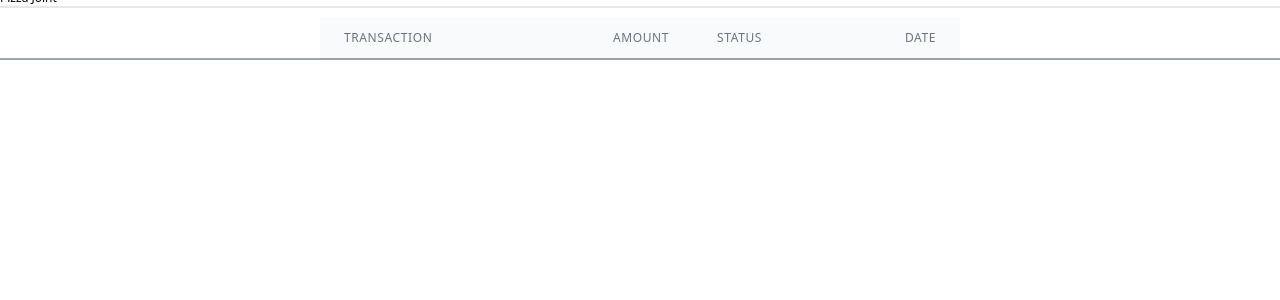
Repository: Marlstergo/listings
Page: / (app in client/)
An editor plug-in stored every save of this project. The page is shown before and after the next save, followed by the edit.
The browser window is 1280 px wide. The pictures show the whole page.
The project was rebuilt for these pictures with package versions that can differ from the ones it lists, and the page was loaded fresh each time. Also part of the build but not shown: client/craco.config.js, client/src/components/Loader.js, client/src/components/Order.js, client/src/components/Modal.js. Imported but missing from the stored project, and not drawn on this page: client/src/components/Base, client/src/components/Toppings.

Above is the page before, as saved 2021-07-20 21:45:56.

### client/src/index.js
/* eslint-disable no-unused-vars */
import React from "react";
import ReactDOM from "react-dom";
import "./index.css";
import App from "./App";
import reportWebVitals from "./reportWebVitals";
import { BrowserRouter } from "react-router-dom";
import { Provider } from "react-redux";
import { store } from "./redux/store";
import { PersistGate } from "redux-persist/integration/react";
import { persistor } from "./redux/store";

ReactDOM.render(
  <React.StrictMode>
    <Provider store={store}>
      <BrowserRouter>
        <PersistGate persistor={persistor}>
          <App />
        </PersistGate>
      </BrowserRouter>
    </Provider>
  </React.StrictMode>,
  document.getElementById("root")
);

// If you want to start measuring performance in your app, pass a function
// to log results (for example: reportWebVitals(console.log))
// or send to an analytics endpoint. Learn more: https://bit.ly/CRA-vitals
reportWebVitals();

### client/src/App.js
import React, { useState } from 'react';
import { Route, Switch, useLocation } from "react-router-dom";
import Header from './components/Header';
import Home from './components/Home';
import Base from './components/Base';
import Toppings from './components/Toppings';
import Order from './components/Order';
import Modal from './components/Modal';
import { AnimatePresence } from 'framer-motion';

function App() {
  const location = useLocation();
  const showModal = true;

  return (
    <>
      <Header />
      {/* <Modal showModal={showModal} /> */}
      <AnimatePresence exitBeforeEnter>
        <Switch location={location} key={location.key}>
          <Route path="/">
            <Home />
          </Route>
          <Route path="/createUpdateUser">
            <Toppings />
          </Route>
          <Route path="/order">
            <Order />
          </Route>
          <Route path="/">
            <Home />
          </Route>
        </Switch>
      </AnimatePresence>

    </>
  );
}

export default App;

### client/src/redux/store.js
import { createStore, applyMiddleware } from "redux";
import { logger } from 'redux-logger';
import {persistStore} from 'redux-persist';
// import thunk from 'redux-thunk'
import createSagaMiddleware from 'redux-saga'

import rootSaga from './root-sagas'

import rootReducer from './root-reducer';

const sagaMiddleware = createSagaMiddleware()

const middleware = [sagaMiddleware];

if( process.env.NODE_ENV === 'development'){
    middleware.push(logger)
}

export const store = createStore(rootReducer, applyMiddleware(...middleware))

sagaMiddleware.run(rootSaga)

export const persistor = persistStore(store)

export default (store, persistor);

### client/src/components/Header.js
import React from 'react';
import { motion } from 'framer-motion';

const svgVariants = {
  hidden: { rotate: -180 },
  visible: {
    rotate: 0,
    transition: { duration : 1 }
  },
}

const pathVariants = {
  hidden: {
    opacity: 0,
    pathLength: 0,
  },
  visible: {
    opacity: 1,
    pathLength: 1,
    transition: {
      duration: 2,
      ease: "easeInOut",
    }
  }
};


const Header = () => {
  return (
    <header className='flex p-[40px] items-center'>
      <motion.div className="logo"
        drag
        dragConstraints={{ left: 0, top: 0, right: 0, bottom: 0 }}
        dragElastic={0.7}
      >
        <motion.svg className="w-[80px] overflow-visible" xmlns="http://www.w3.org/2000/svg" viewBox="0 0 100 100"
          variants={svgVariants}
          initial="hidden"
          animate="visible"
        >
          <motion.path
            fill="none"
            d="M40 40 L80 40 C80 40 80 80 40 80 C40 80 0 80 0 40 C0 40 0 0 40 0Z"
            variants={pathVariants}
          />
          <motion.path
            fill="none"
            d="M50 30 L50 -10 C50 -10 90 -10 90 30 Z"
            variants={pathVariants}
          />
        </motion.svg>
      </motion.div>
      <motion.div className=" flex-grow ml-[20px] text-xs"
        initial={{ y: -250}}
        animate={{ y: -10 }}
        transition={{ delay: 0.2, type: 'spring', stiffness: 120 }}
      >
        <h1 className="border-b-2 pb-[10px]">Pizza Joint</h1>
      </motion.div>
    </header>
  )
}

export default Header;

### client/src/components/Home.js
import React from "react";
import { Link } from "react-router-dom";
import { motion } from "framer-motion";
import Loader from "./Loader";

const buttonVariants = {
  hover: {
    scale: 1.1,
    textShadow: "0px 0px 8px rgb(255,255,255)",
    boxShadow: "0px 0px 8px rgb(255,255,255)",
    transition: {
      duration: 0.3,
      yoyo: 5,
    },
  },
};

const containerVariants = {
  hidden: {
    opacity: 0,
  },
  visible: {
    opacity: 1,
    transition: { delay: 1.5, duration: 1.5 },
  },
  exit: {
    x: "-100vh",
    transition: { ease: "easeInOut" },
  },
};

const Home = () => {
  return (
    <motion.div
      className="  pb-[10px] mb-[10px] border-b-2 border-gray-400 flex flex-col items-center"
      variants={containerVariants}
      initial="hidden"
      animate="visible"
      exit="exit"
    >
      <div className="w-1/2 ">
        <table className="min-w-full divide-y divide-gray-200">
          <thead>
            <tr>
              <th className="px-6 py-3 bg-gray-50 text-left text-xs font-medium text-gray-500 uppercase tracking-wider">
                Transaction
              </th>
              <th className="px-6 py-3 bg-gray-50 text-right text-xs font-medium text-gray-500 uppercase tracking-wider">
                Amount
              </th>
              <th className="hidden px-6 py-3 bg-gray-50 text-left text-xs font-medium text-gray-500 uppercase tracking-wider md:block">
                Status
              </th>
              <th className="px-6 py-3 bg-gray-50 text-right text-xs font-medium text-gray-500 uppercase tracking-wider">
                Date
              </th>
            </tr>
          </thead>
        </table>
      </div>
    </motion.div>
  );
};

export default Home;

### client/src/redux/root-sagas.js
import {all, call} from 'redux-saga/effects'
import {userSagas} from './user/user.sagas'


export default function* rootSaga(){
    yield all([
        call(userSagas),
    ])
}

### client/src/redux/root-reducer.js
import {combineReducers} from 'redux'
import userReducer from './user/user.reducer'
// import cartReducer from './cart/cart.reducer'
import {persistReducer} from 'redux-persist'
import storage from 'redux-persist/lib/storage'
// import directoryReducer from './directory/directory.reducer'
// import shopReducer from './shop/shop.reducer'

const persistConfig ={
    key: 'root',
    storage,
    whitelist: ['' ]
}
const rootReducer = combineReducers({
    user: userReducer,

})
export default persistReducer(persistConfig, rootReducer)

### client/src/redux/user/user.sagas.js
import { all, call, put, takeLatest } from "redux-saga/effects";

import UserActionTypes from "./user.types";
import { loadUserDetail } from "./user.action";
// import axios from "axios";
// import { getUserDetailsURL } from "../../components/stringConstants";

export function* getDetails() {
  yield console.log("i fired");

  // try {
  //   console.log("inside try");

  //   const res = yield axios.get(getUserDetailsURL);
  //   const data = yield res.data;
  //   console.log(res);
  //   yield put(loadUserDetail(data ? data.data[0] : {}));
  // } catch (err) {
  //   console.log(err.response);
  //   if (err.response && err.response.statusText === "Not Found") {
  //     // console.log("");
  //     window.location.href = "/profile/settings?newUser=0837";
  //   }
  // }
}

export function* getUserDetails() {
  yield takeLatest(UserActionTypes.GET_USER_DETAIL, getDetails);
}
// export function* loadUserDetails(){
//     yield takeLatest(UserActionTypes.LOAD_USER_DETAIL, loadDetails)
// }

export function* userSagas() {
  yield all([call(getUserDetails)]);
}

### client/src/redux/user/user.reducer.js
import UserActionTypes from "./user.types";
const INITIAL_STATE = {
  // currentUser: null,
  userDetail: {},
  demo: 'i am demo',
  location: null

};
const userReducer = (state = INITIAL_STATE, action) => {
  switch (action.type) {

    case UserActionTypes.LOAD_USER_DETAIL:
      return {
        ...state,
        userDetail: action.payload,
      };

    case UserActionTypes.COLLECT_GEOLOCATION:
      return {
        ...state,
        location: action.payload
      }
    default:
      return state;
  }
};

export default userReducer;

### client/src/redux/user/user.types.js
const UserActionTypes ={
    GOOGLE_SIGN_IN_START : 'GOOGLE_SIGN_IN_START',
    SIGN_IN_SUCCESS : 'SIGN_IN_SUCCESS',
    SIGN_IN_FAILURE : 'SIGN_IN_FAILURE',
    GET_USER_DETAIL: 'GET_USER_DETAIL',
    LOAD_USER_DETAIL: 'LOAD_USER_DETAIL',
    COLLECT_GEOLOCATION: 'COLLECT_GEOLOCATION',
    FETCH_GEOLOCATION: 'FETCH_GEOLOCATION'
}
export default UserActionTypes;

### client/src/redux/user/user.action.js
import UserActionTypes from './user.types'



// export const googleSignInStart = () => ({
//     type: UserActionTypes.GOOGLE_SIGN_IN_START
// })

// export const signInSuccess = (user) => ({
//     type: UserActionTypes.SIGN_IN_SUCCESS,
//     payload: user
// })

export const getUserDetail = () => ({
    type: UserActionTypes.GET_USER_DETAIL,

})
export const loadUserDetail = (details) => ({
    type: UserActionTypes.LOAD_USER_DETAIL,
    payload: details
})

export const fetchGeoloction = () => ({
    type: UserActionTypes.FETCH_GEOLOCATION
})
export const collectGeolocation = (location) => ({
    type: UserActionTypes.COLLECT_GEOLOCATION,
    payload: location
})
// })

### client/tailwind.config.js
  // tailwind.config.js
  module.exports = {
    // purge: [],
    purge: ['./src/**/*.{js,jsx,ts,tsx}', './public/index.html'],
     darkMode: false, // or 'media' or 'class'
     theme: {
       extend: {},
     },
     variants: {
       extend: {},
     },
     plugins: [],
   }

Loaded but not shown: client/public/index.html (common file); client/src/index.css (common file); client/src/reportWebVitals.js (common file)

After the next save:
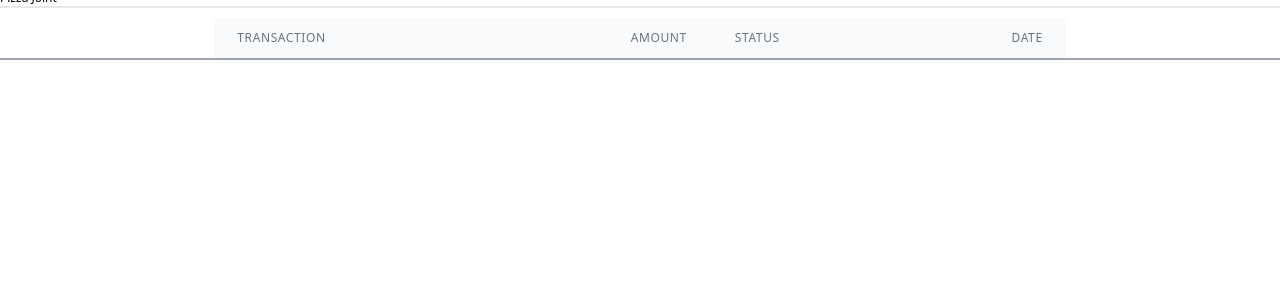
Saved 17 s later.
--- a/client/src/components/Home.js
+++ b/client/src/components/Home.js
@@ -38,7 +38,7 @@ const Home = () => {
       animate="visible"
       exit="exit"
     >
-      <div className="w-1/2 ">
+      <div className="w-2/3 ">
         <table className="min-w-full divide-y divide-gray-200">
           <thead>
             <tr>
